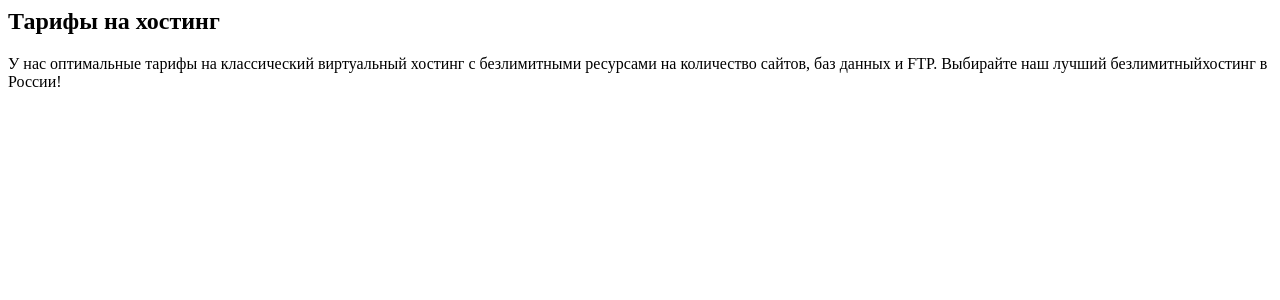
Repository: Inzhir2022/hosting
Page: src/_includes/_tariffs.html
An editor plug-in stored every save of this project. The page is shown before and after the next save, followed by the edit.
The browser window is 1280 px wide. The pictures show the whole page.

Above is the page before, as saved 2022-07-16 15:48:39.

After the next save:
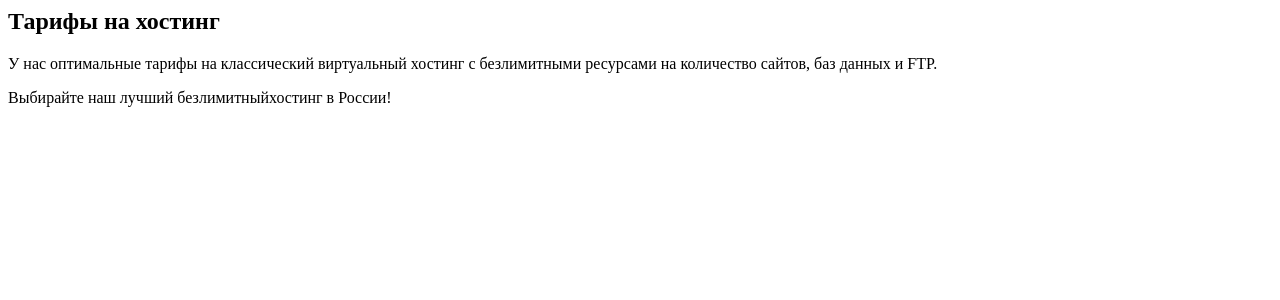
Saved 43 s later.
--- a/src/_includes/_tariffs.html
+++ b/src/_includes/_tariffs.html
@@ -2,8 +2,8 @@
   <div class="container">
     <h2 class="tariffs__title">Тарифы на хостинг</h2>
     <div class="tariffs__text">
-      У нас оптимальные тарифы на классический виртуальный хостинг с безлимитными ресурсами на количество сайтов, баз данных и FTP.
-      Выбирайте наш лучший <span class="tariffs__text_bold">безлимитный</span>хостинг в России!
+      <p>У нас оптимальные тарифы на классический виртуальный хостинг с безлимитными ресурсами на количество сайтов, баз данных и FTP.</p>
+      <p>Выбирайте наш лучший <span class="tariffs__text_bold">безлимитный</span>хостинг в России!</p>
     </div>
   </div>
 </section>
